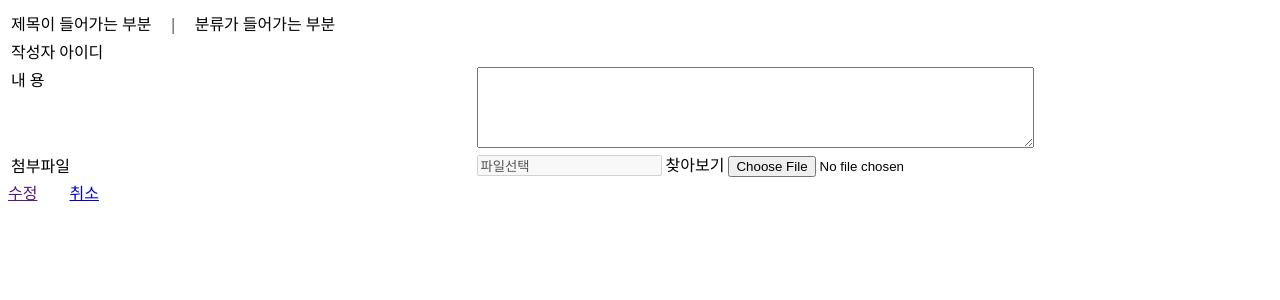
Repository: ekgus419/hckj
Page: http://localhost/Railro/WEB-INF/views/railro/railroDetail.jsp
An editor plug-in stored every save of this project. The page is shown before and after the next save, followed by the edit.
The browser window is 1280 px wide. The pictures show the whole page.
The page is served by Tomcat 9. Nobody is signed in. The template is opened directly, without the code that normally fills it, so the values that code supplies are empty.

Above is the page before, as saved 2016-08-18 14:40:10.

After the next save:
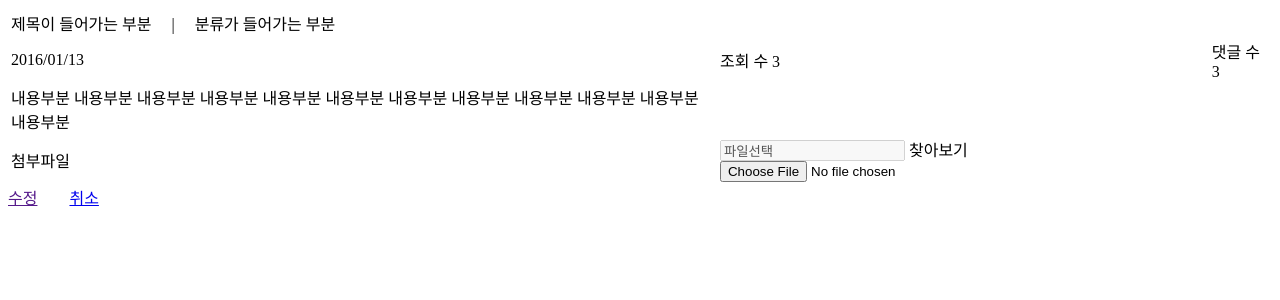
Saved 60 s later.
--- a/Railro/src/main/webapp/WEB-INF/views/railro/railroDetail.jsp
+++ b/Railro/src/main/webapp/WEB-INF/views/railro/railroDetail.jsp
@@ -14,15 +14,29 @@
 			</tr>
 			<tr>
 				<td>
-				 	작성자 아이디
+				 	2016/01/13
+				</td>
+				<td>
+				 	조회 수 3
+				</td>
+				<td>
+				 	댓글 수 3
 				</td>
 			</tr>
 			<tr>
-				<td style="vertical-align: top">
-					<div align="left">내 용</div>
-				</td>
 				<td>
-					<textarea name="BOARD_CONTENT" cols="67" rows="5"></textarea>
+					내용부분
+					내용부분
+					내용부분
+					내용부분
+					내용부분
+					내용부분
+					내용부분
+					내용부분
+					내용부분
+					내용부분
+					내용부분
+					내용부분
 				</td>
 			</tr>
 			<tr>
